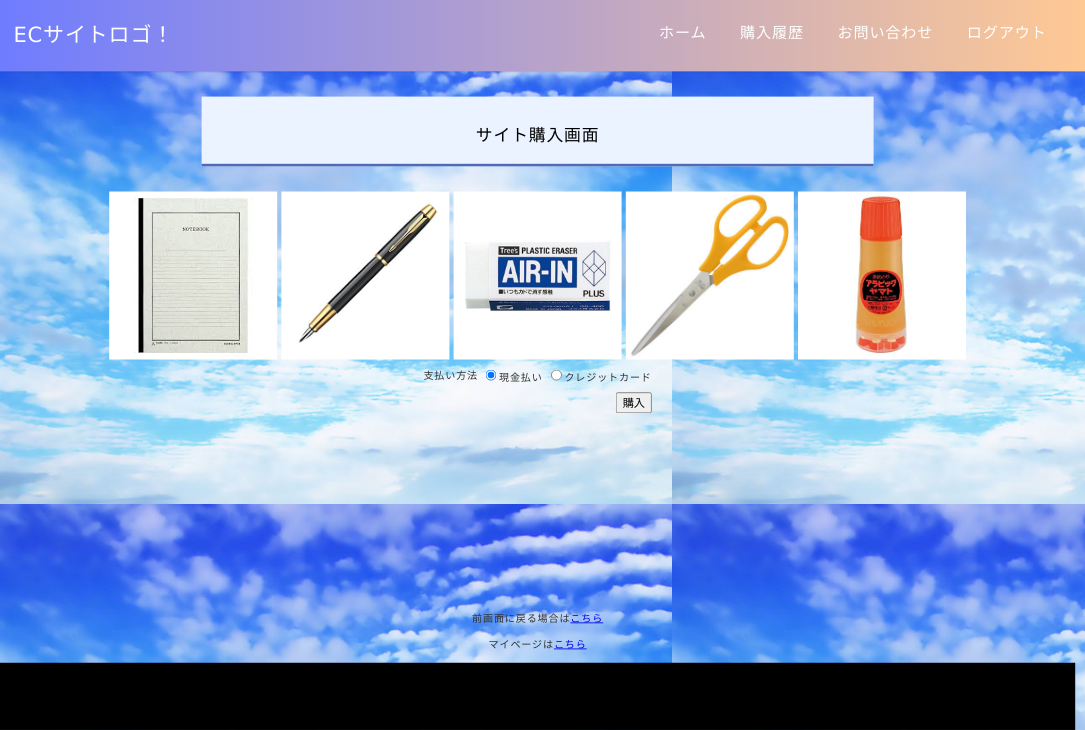
Repository: omosiromusic10/test
Page: http://localhost/ecsite/buyItem.jsp
These files come from the project's save history. The page is drawn as it stood at one moment and after the next save; the edit follows.
The browser window is 1280 px wide. The page is 1292 px wide, so the pictures cover 1292 px, including what lies to the right of the window. The pictures show the whole page, at 84% of full size.
Some web libraries are served in a nearby version. The page is served by Tomcat 9. Other server files are loaded and not shown.

Above is the page before, as saved 2018-07-04 08:42:15.

### ecsite/WebContent/buyItem.jsp
<%@ page language="java" contentType="text/html; charset=UTF-8"
    pageEncoding="UTF-8"%>
<%@ taglib prefix="s" uri="/struts-tags" %>
<!DOCTYPE html PUBLIC "-//W3C//DTD HTML 4.01 Transitional//EN" "http://www.w3.org/TR/html4/loose.dtd">
<html>
<head>
<meta http-equiv="Content-Type" content="text/html; charset=UTF-8">
<meta http-equiv="Content-Style-Type" content="text/css" />
<meta http-equiv="Content-Script-Type" content="text/javascript" />
<meta http-equiv="imagetoolbar" content="no" />
<meta name="description" content=""/>
<meta name="keywords" content="" />
<script src="http://ajax.googleapis.com/ajax/libs/jquery/1.9.1/jquery.min.js"></script>
  <script type="text/javascript" src="https://ajax.googleapis.com/ajax/libs/jquery/3.1.1/jquery.min.js"></script>
<title>BuyItem画面</title>

<style type="text/css">
/* ========TAG LAYOUT======== */
body{
  margin: 0;
  padding: 0;
  line-height: 1.6;
  letter-spacing: 1px;
  font-family:Verdana, Helvetica, sans-serif;
  font-size: 12px;
  color: #333;
  background: #fff;
  background-image:url("./img/image6.jpg");
}
table{
  text-align: center;
  margin: 0 auto;
}
.roop{
  float: left;
  margin-left:10%;
}
.notroop{
  clear:both;
}
/* ========ID LAYOUT======== */
#top{
  width: 780px;
  margin: 30px auto;
  padding: 0.5em;
  color: #010101;
  font-size:20px;
  background: #eaf3ff;
  border-bottom: solid 3px #516ab6;
  height: 60px;
}
#header{
  width: 100%;
  height: 80px;
  osition: relative;
  padding: 0.2em 0.5em;
  background: -moz-linear-gradient(to right, rgb(111, 124, 255), #ffc994);
  background: -webkit-linear-gradient(to right, rgb(111, 124, 255), #ffc994);
  background: linear-gradient(to right, rgb(111, 124, 255), #ffc994);
  color: white;
  font-weight: lighter;
  box-shadow: 0 0 4px rgba(0, 0, 0, 0.56);
}
.logo{
  float:left;
  width:200px;
  padding-left:10px;
  color:white;
  font-size:25px;
  line-height:80px;
}

#header ul{
  float:right;
  line-height:50px;
}
#header ul li{
  float:left;
  list-style:none;
  padding-right:40px;
  color:white;
  font-size:18px;
}
.home a {
  text-decoration:none;
  color:white;
}
#main{
  width: 100%;
  height: 600px;
  text-align: center;
}
.image{
   margin-right :100px;
   margin-left :100px;
}
#back{
  clear: both;
  text-align: center;
  margin: 0 auto;
}
#footer{
  width: 100%;
  height: 80px;
  background-color: black;
  clear: both;
}

</style>
<script type="text/javascript">
    jQuery(function(){
    $(function(){
    $(".home a").hover(
    function(){
    	$(this).css("color","gray");
    },
    function(){
    	$(this).css("color","white");
    });
    });
    });
  </script>
</head>
<body>
    <div id="header">
        <div id="pr">
	 <div class="logo">ECサイトロゴ！</div>
	 <ul class="home">
	     <li><a href="home.jsp">ホーム</a></li><!--  ただhomeページに戻すだけ-->
	     <li><a href='<s:url action="MyPageAction"  />'>購入履歴</a></li>   <!-- これはMyPageActionを経由させつつ移動させなくてはいけない。 -->
	     <li><a href='<s:url action="InquiryAction" />'>お問い合わせ</a></li>  <!-- inquiryActioに連結させてそこからお問い合わせを出来るようにする -->
	     <li><a href='<s:url action="LogoutAction"  />'>ログアウト</a></li> <!-- これはlogoutActionを経由してつなげなくてはいけない。 -->
	 </ul>
	 </div>
        </div>
    <div id="main">
        <div id="top">
           <p>サイト購入画面</p>
        </div>
        <s:form action="BuyItemAction">
        <div class="image">
            <input type="image" src="./img/images.jpg"  width="200px" />
            <input type="image" src="./img/image2.jpg"  width="200px" />
            <input type="image" src="./img/image3.jpg"  width="200px" />
            <input type="image" src="./img/image4.jpg"  width="200px" />
            <input type="image" src="./img/image5.jpg"  width="200px" />
        </div>
            <s:iterator value="buyItemList">
                <table class="roop">
                <tr>
                    <td>
                        <span>商品名</span>
                    </td>
                    <td>
                        <s:property value="itemName" /><br>
                    </td>
                </tr>
                 <tr>
                    <td>
                        <span>値段</span>
                    </td>
                    <td>
                        <s:property value="itemPrice" /><span>円</span><br>
                    </td>
                </tr>
                 <tr>
                    <td>
                        <span>商品個数</span>
                    </td>
                    <td>
                        <select name="count">
                            <option value="0" selected="selected">0</option>
                            <option value="1">1</option>
                            <option value="2">2</option>
                            <option value="3">3</option>
                            <option value="4">4</option>
                            <option value="5">5</option>
                        </select>
                    </td>
                </tr>
                </table>
            </s:iterator>
            <table class="notroop">
                <tr>
                    <td>
                        <span>支払い方法</span>
                    </td>
                    <td>
                        <input type="radio" name="pay" value="1" checked="checked">現金払い
                         <input type="radio" name="pay" value="2">クレジットカード
                    </td>
                </tr>
                <tr>
                    <td>
                        <s:submit value="購入"/>
                    </td>
                </tr>
          </table>
              </s:form>
              </div>
                <div id ="back">
            <p>前画面に戻る場合は<a href='<s:url action="GoHomeAction" />'>こちら</a></p>
            <p>マイページは<a href='<s:url action="MyPageAction"  />'>こちら</a></p>
                </div>


<div id="footer">
    <div id="pr">
    </div>
</div>

</body>
</html>

After the next save:
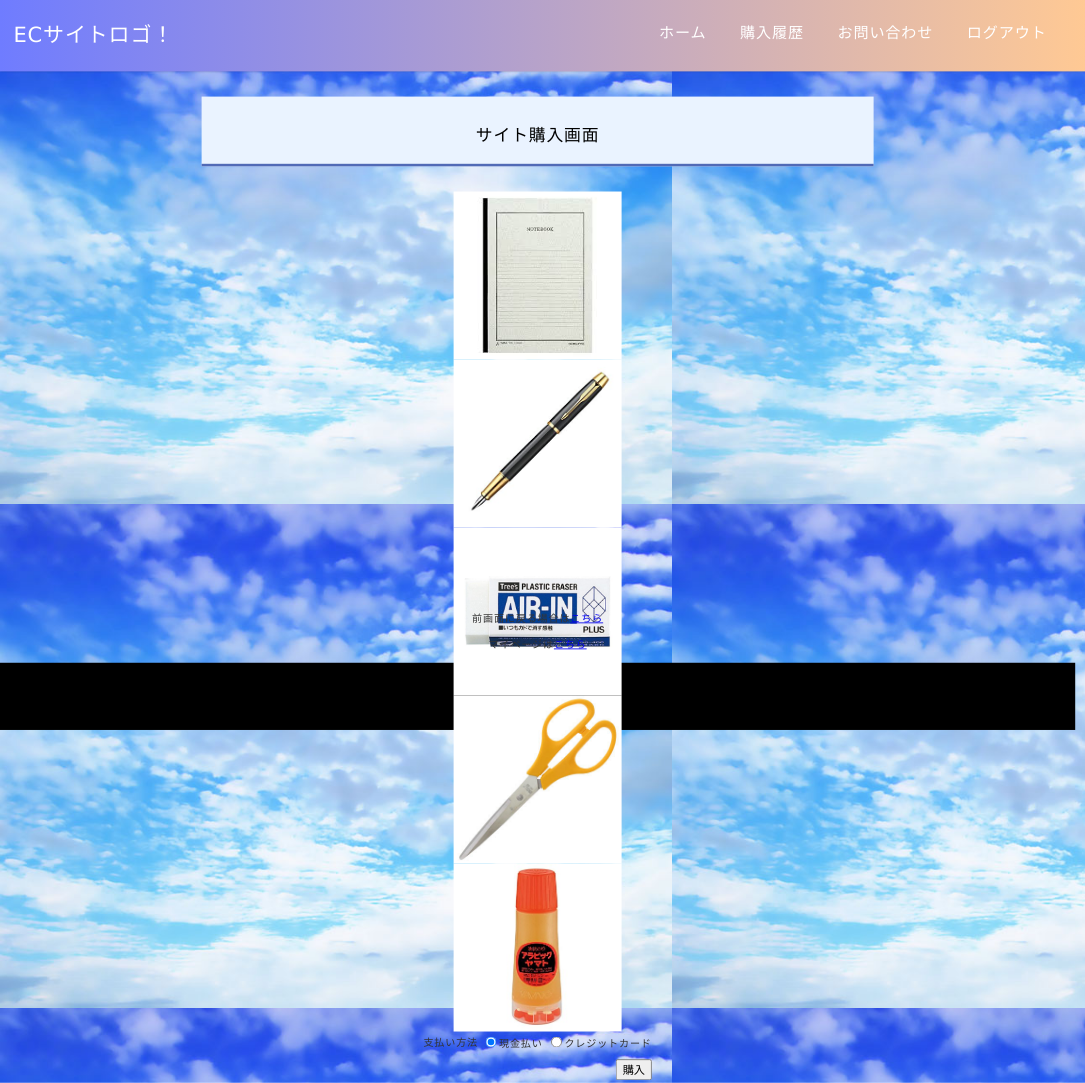
Saved 2 min 49 s later.
--- a/ecsite/WebContent/buyItem.jsp
+++ b/ecsite/WebContent/buyItem.jsp
@@ -91,8 +91,8 @@
   text-align: center;
 }
 .image{
-   margin-right :100px;
-   margin-left :100px;
+   margin-right :25px;
+   margin-left :25px;
 }
 #back{
   clear: both;
@@ -140,9 +140,17 @@
         <s:form action="BuyItemAction">
         <div class="image">
             <input type="image" src="./img/images.jpg"  width="200px" />
+            </div>
+        <div class="image">
             <input type="image" src="./img/image2.jpg"  width="200px" />
+            </div>
+        <div class="image">
             <input type="image" src="./img/image3.jpg"  width="200px" />
+            </div>
+        <div class="image">
             <input type="image" src="./img/image4.jpg"  width="200px" />
+            </div>
+        <div class="image">
             <input type="image" src="./img/image5.jpg"  width="200px" />
         </div>
             <s:iterator value="buyItemList">
